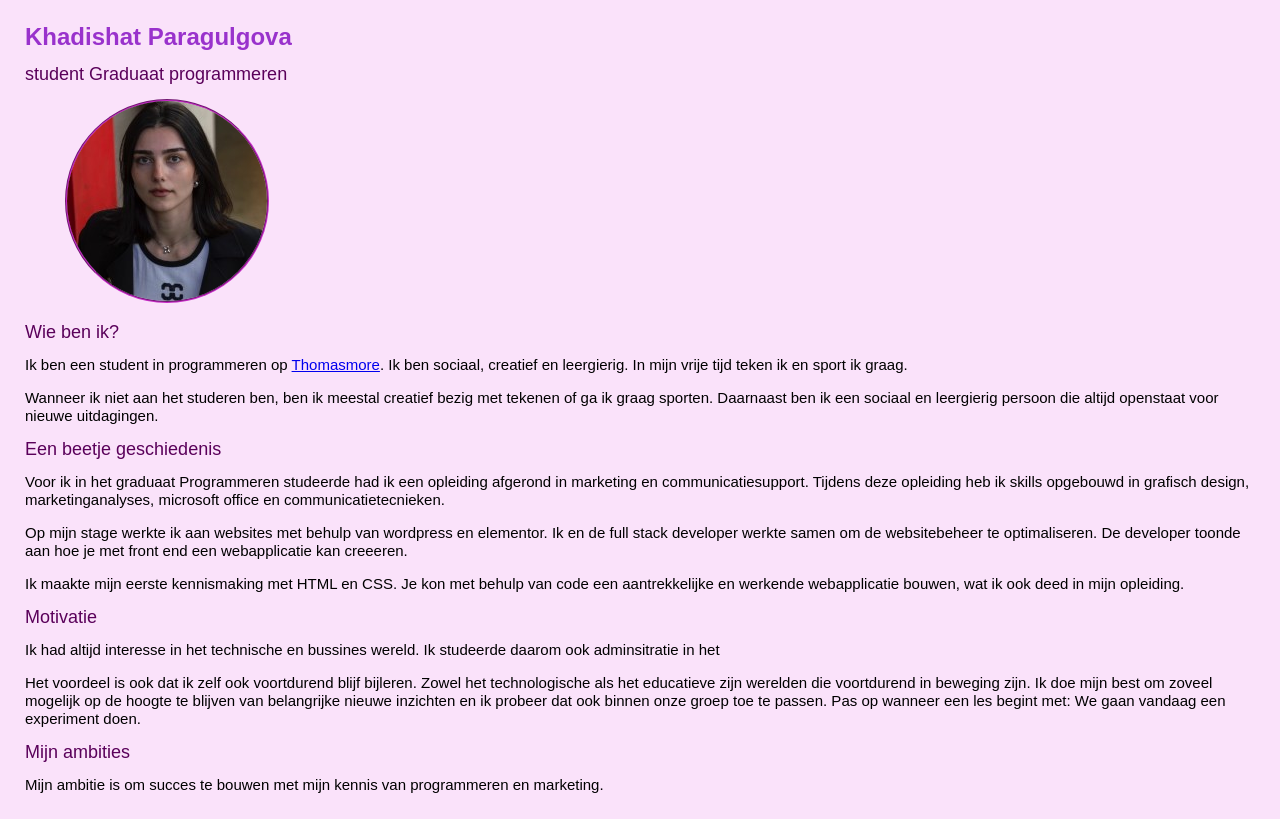
Repository: khadishat00/portfolio
Page: index.html
These files come from the project's save history. The page is drawn as it stood at one moment and after the next save; the edit follows.
The browser window is 1280 px wide. The pictures show the whole page.

Above is the page before, as saved 2026-09-24 16:22:50.

### index.html
<!doctype html>
<html lang="en">
  <head>
    <meta charset="UTF-8" />
    <meta name="viewport" content="width=device-width, initial-scale=1.0" />
    <title>portfolio</title>
  </head>
  <style>
    html {
      font-family: Arial, sans-serif;
    }
    body {
      background-color: rgba(247, 200, 246, 0.509);
      margin: 25px;
    }
    h1 {
      font-family: "Century Gothic", sans-serif;
      color: darkorchid;
      font-weight: bold;
      font-size: 24px;
      line-height: 24px;
    }
    h2 {
      font-family: sans-serif;
      color: rgb(90, 0, 90);
      font-weight: normal;
      font-size: 18px;
      line-height: 18px;
    }
    p {
      font-family: Arial;
      color: black;
      font-size: 15px;
      line-height: 18px;
      font-weight: normal;
    }

    figure {
      display: block;
      margin-block-start: 1em;
      margin-block-end: 1em;
      margin-inline-start: 40px;
      margin-inline-end: 40px;
      unicode-bidi: isolate;
    }

    img {
      max-width: 100%;
      border: 2px groove;
      border-radius: 50%;
      border-color: rgb(199, 44, 199);
    }
  </style>

  <body>
    <header>
      <h1>Khadishat Paragulgova</h1>
      <h2>student Graduaat programmeren</h2>
      <figure>
        <img src="profielfoto.jpg" alt="Mijn profielfoto" />
      </figure>
    </header>
    <main>
      <h2>Wie ben ik?</h2>
      <p>
        Ik ben een student in programmeren op
        <a href="https://thomasmore.be/nl">Thomasmore</a>. Ik ben sociaal,
        creatief en leergierig. In mijn vrije tijd teken ik en sport ik graag.
      </p>
      <p>
        Wanneer ik niet aan het studeren ben, ben ik meestal creatief bezig met
        tekenen of ga ik graag sporten. Daarnaast ben ik een sociaal en
        leergierig persoon die altijd openstaat voor nieuwe uitdagingen.
      </p>

      <h2>Een beetje geschiedenis</h2>
      <p>
        Voor ik in het graduaat Programmeren studeerde had ik een opleiding
        afgerond in marketing en communicatiesupport. Tijdens deze opleiding heb
        ik skills opgebouwd in grafisch design, marketinganalyses, microsoft
        office en communicatietecnieken.
      </p>
      <p>
        Op mijn stage werkte ik aan websites met behulp van wordpress en
        elementor. Ik en de full stack developer werkte samen om de
        websitebeheer te optimaliseren. De developer toonde aan hoe je met front
        end een webapplicatie kan creeeren.
      </p>
      <p>
        Ik maakte mijn eerste kennismaking met HTML en CSS. Je kon met behulp van code een aantrekkelijke en werkende webapplicatie bouwen, wat ik ook deed in mijn opleiding.
      </p>

      <h2>Motivatie</h2>
      <p>
        Ik had altijd interesse in het technische en bussines wereld. Ik studeerde daarom ook adminsitratie in het
      </p>
      <p>
        Het voordeel is ook dat ik zelf ook voortdurend blijf bijleren. Zowel
        het technologische als het educatieve zijn werelden die voortdurend in
        beweging zijn. Ik doe mijn best om zoveel mogelijk op de hoogte te
        blijven van belangrijke nieuwe inzichten en ik probeer dat ook binnen
        onze groep toe te passen. Pas op wanneer een les begint met: We gaan
        vandaag een experiment doen.
      </p>

      <h2>Mijn ambities</h2>
      <p>
        Mijn ambitie is om succes te bouwen met mijn kennis van programmeren en marketing.
      </p>
    </main>
  </body>
</html>

After the next save:
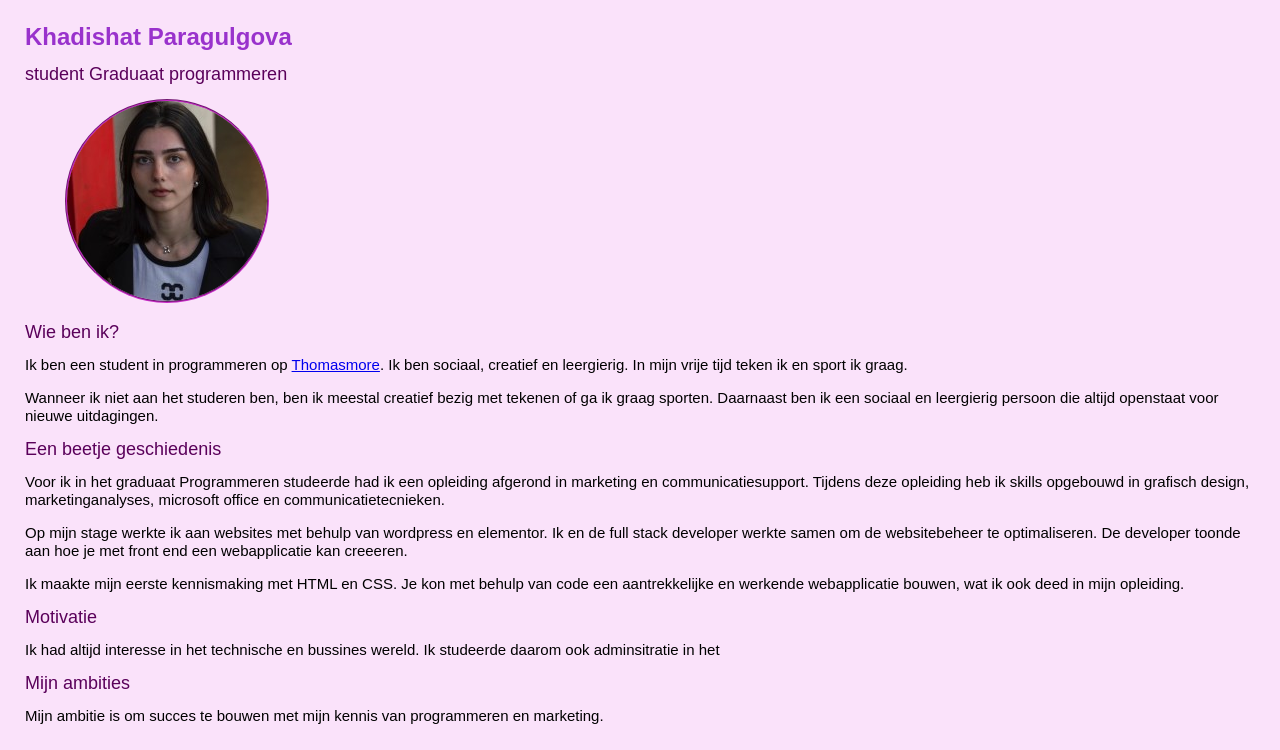
Saved 2 min 50 s later.
--- a/index.html
+++ b/index.html
@@ -94,14 +94,7 @@
       <p>
         Ik had altijd interesse in het technische en bussines wereld. Ik studeerde daarom ook adminsitratie in het
       </p>
-      <p>
-        Het voordeel is ook dat ik zelf ook voortdurend blijf bijleren. Zowel
-        het technologische als het educatieve zijn werelden die voortdurend in
-        beweging zijn. Ik doe mijn best om zoveel mogelijk op de hoogte te
-        blijven van belangrijke nieuwe inzichten en ik probeer dat ook binnen
-        onze groep toe te passen. Pas op wanneer een les begint met: We gaan
-        vandaag een experiment doen.
-      </p>
+
 
       <h2>Mijn ambities</h2>
       <p>
